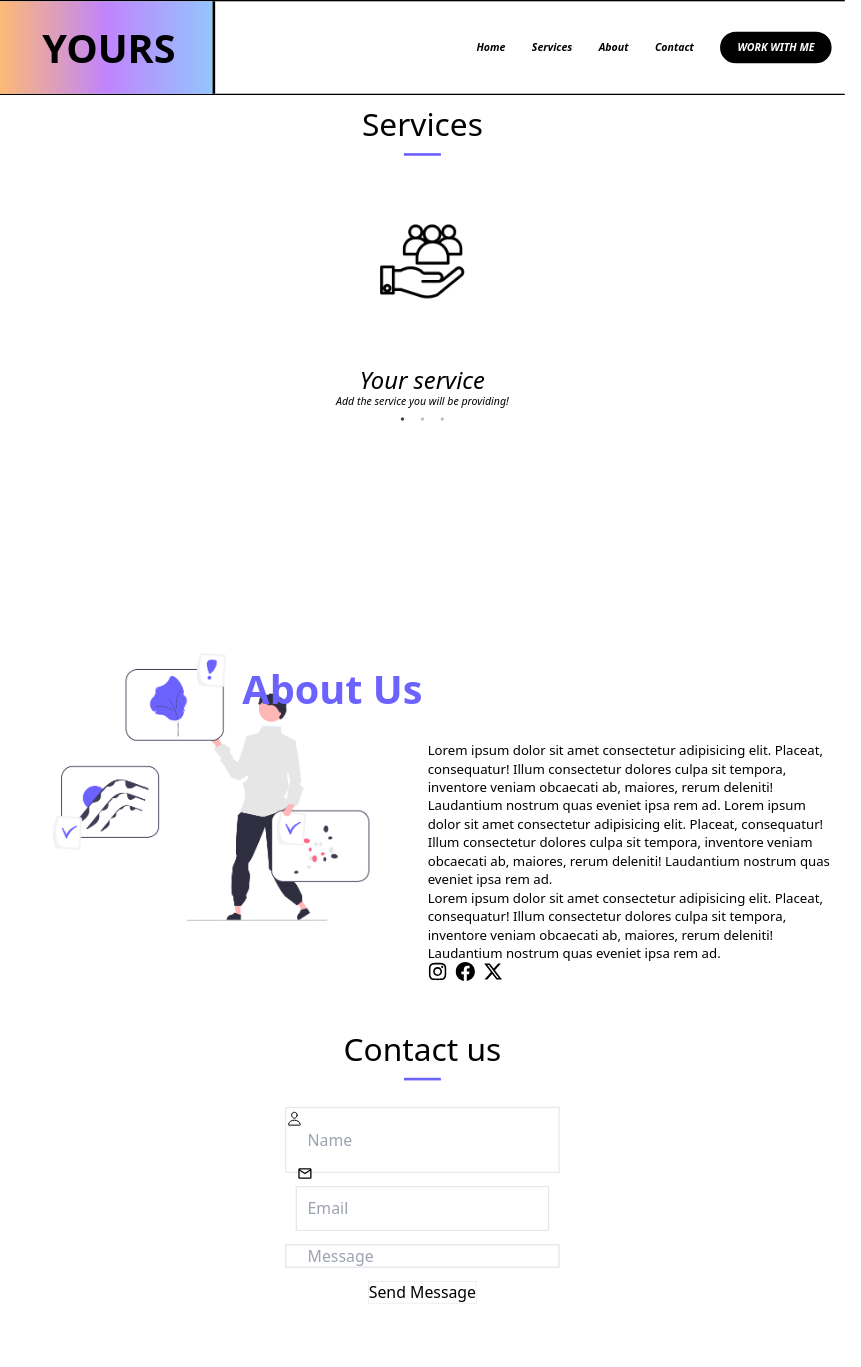
Repository: Al123Kudayyd/eportfolio
Page: /
The author's editor kept a copy of each file at every save. The page is drawn from the files as they stood at one save, then again after the next save.
The browser window is 1280 px wide. The page is 1305 px wide, so the pictures cover 1305 px, including what lies to the right of the window. The pictures show the whole page, at 66% of full size.
The project was rebuilt for these pictures with package versions that can differ from the ones it lists, and the page was loaded fresh each time. Also part of the build but not shown: src/components/AboutService.jsx.

Above is the page before, as saved 2024-02-27 11:10:08.

After the next save:
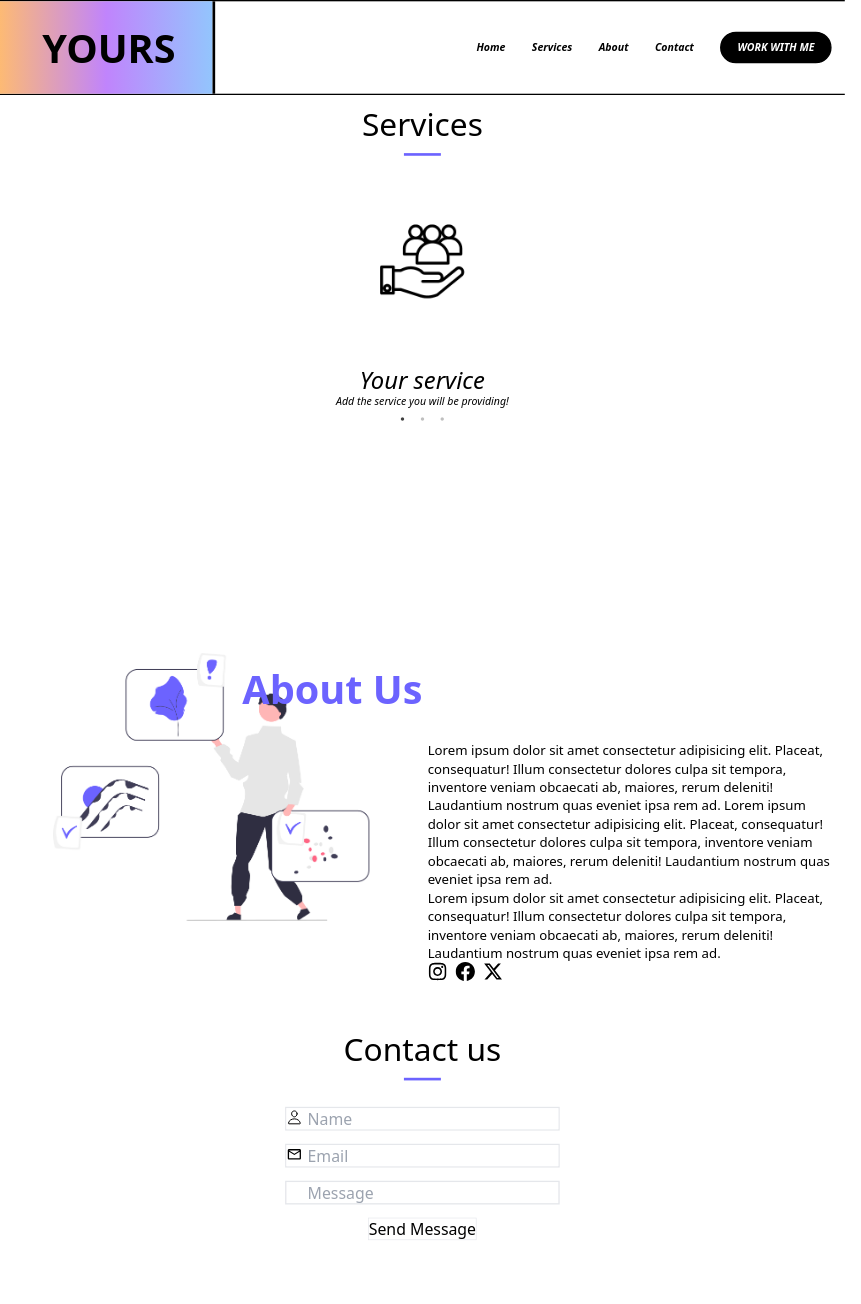
Saved 7 s later.
--- a/src/components/Contact.jsx
+++ b/src/components/Contact.jsx
@@ -10,11 +10,11 @@ function Contact() {
         <div className='my-10'>
             <form className='flex flex-col items-center relative text-2xl space-y-5'>
                 <div className='realtive border-2'>
-                    <input type="text" placeholder='Name' className='p-8' />
+                    <input type="text" placeholder='Name' className='px-8' />
                     <IoPersonOutline className='absolute top-[2%]' />
                 </div>
                 <div className='realtive border-2'>
-                    <input type="email" placeholder='Email' className='p-4' />
+                    <input type="email" placeholder='Email' className='px-8' />
                     <MdOutlineEmail className='absolute top-[30%]' />
                 </div>
                 <input type="text" className='border-2 px-8' placeholder='Message' />
